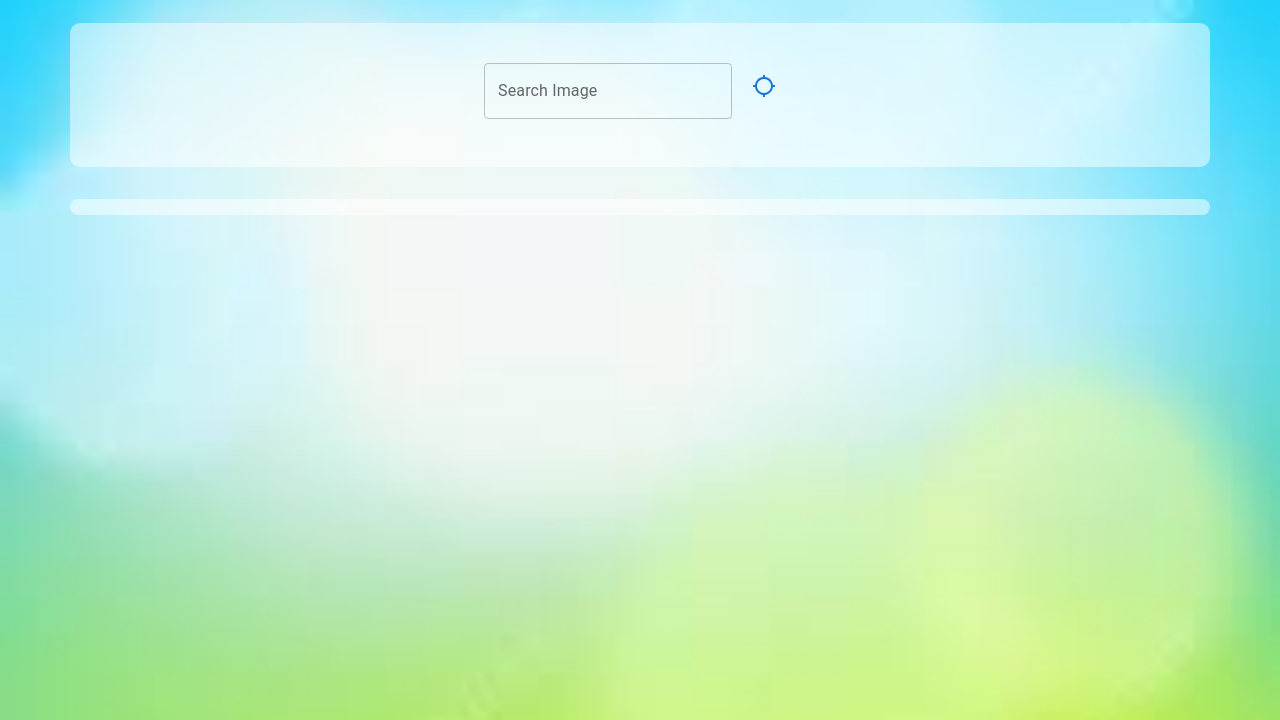
Repository: mohit78911/Snapshot
Page: /
These files come from the project's save history. The page is drawn as it stood at one moment and after a run of saves; the edit follows.
The browser window is 1280 px wide. The pictures show the whole page.
The project was rebuilt for these pictures with package versions that can differ from the ones it lists, and the page was loaded fresh each time. Also part of the build but not shown: src/snapshot/SnapshotCss.css, src/snapshot/SearchBox.css.

Above is the page before, as saved 2023-09-01 12:46:09.

### public/index.html
<!DOCTYPE html>
<html lang="en">
  <head>
    <meta charset="utf-8" />
    <link rel="icon" href="%PUBLIC_URL%/favicon.ico" />
    <link href="https://cdn.jsdelivr.net/npm/bootstrap@5.3.1/dist/css/bootstrap.min.css" rel="stylesheet" integrity="sha384-4bw+/aepP/YC94hEpVNVgiZdgIC5+VKNBQNGCHeKRQN+PtmoHDEXuppvnDJzQIu9" crossorigin="anonymous">
    <meta name="viewport" content="width=device-width, initial-scale=1" />
    <meta name="theme-color" content="#000000" />
    <meta
      name="description"
      content="Web site created using create-react-app"
    />
    <link rel="apple-touch-icon" href="%PUBLIC_URL%/logo192.png" />

    <link rel="manifest" href="%PUBLIC_URL%/manifest.json" />

    <title>React App</title>
  </head>
  <body style="text-align: center;">
    <noscript>You need to enable JavaScript to run this app.</noscript>
    <div id="root"></div>
    <script src="https://cdn.jsdelivr.net/npm/bootstrap@5.3.1/dist/js/bootstrap.bundle.min.js" integrity="sha384-HwwvtgBNo3bZJJLYd8oVXjrBZt8cqVSpeBNS5n7C8IVInixGAoxmnlMuBnhbgrkm" crossorigin="anonymous"></script>
  </body>
</html>

### src/App.js
import { Box } from "@mui/material";
import React from "react";
import SnapShot from "./snapshot/SnapShot";
console.log("hey i am snapshot Component")
export default function App() {
  return (
    <Box>
      <SnapShot />
    </Box>
  );
}

### src/snapshot/SnapShot.js
import React, { useEffect, useState } from "react";
import axios from "axios";
import "../App.css";

import SnapshotTable from "./SnapshotTable";
import SearchBox from "./SearchBox";
import { ToastContainer,toast } from "react-toastify";

export default function SnapShot() {
  const [image, setImage] = useState("");
  const [data, setData] = useState([]);
  const [showData,setShowData] = useState(false)
  const getData = (e) => {
    e.preventDefault();
    let trimedImage = image.trim().trimStart().trimEnd()
    if (trimedImage == "") {
      setShowData(false)
      toast.error("IMAGE FIELD IS EMPTY");
    } else {
      setShowData(true)
      axios
        .get(
          `https://api.unsplash.com/search/collections?page=1&query=${image}&client_id=-DzO7DyFZFBUXuUjR2Tb8dbbi8Qcg40oNw2kVfqoREI`
        )
        .then((result) => {
          setData(result.data.results[0].preview_photos);
          // console.log(result.data.results[0].preview_photos);
        })
        .catch((error) => console.log(error));
    }
  };

  // useEffect(() => {
  //   getData();
  // }, []);

  console.log(data);
  return (
    <div className="container">
      <div className="row">
        <div className="col-4 firstColoum">
          <SearchBox setImage={setImage} image={image} getData={getData} />
        </div>
        {}
        <div className="col secondColoum">
          <SnapshotTable data={data} />
        </div>
      </div>
      <ToastContainer/>
    </div>
  );
}

### src/App.css
.App {
  text-align: center;
}

.App-logo {
  height: 40vmin;
  pointer-events: none;
}

@media (prefers-reduced-motion: no-preference) {
  .App-logo {
    animation: App-logo-spin infinite 20s linear;
  }
}

.App-header {
  background-color: #282c34;
  min-height: 100vh;
  display: flex;
  flex-direction: column;
  align-items: center;
  justify-content: center;
  font-size: calc(10px + 2vmin);
  color: white;
}

.App-link {
  color: #61dafb;
}

@keyframes App-logo-spin {
  from {
    transform: rotate(0deg);
  }

  to {
    transform: rotate(360deg);
  }
}

.firstColoum {
  width: 100%;
  padding-top: 2rem;
  margin-top: 2%;
  border-radius: 10px;
  height: 9rem;
  background: rgb(255, 255, 255, 0.5);

}

.secondColoum {
  width: 100%;
  margin-top: 2rem;
  margin-bottom: 2rem;
  padding-bottom: 1rem;
  border-radius: 10px;
  background: rgb(255, 255, 255, 0.5);
}


body {
  background-image: url('data:[embedded picture, 2875 characters]');
  background-repeat: no-repeat;
  background-position: 100%;
  background-size: cover;
  background-attachment: fixed;

}

### src/snapshot/SnapshotTable.js
import React from "react";
import "./SnapshotCss.css";

function SnapshotTable({ data }) {
  return (
    <div>
      <div>
        {data.map((value, i) => {
          return (
            <tr key={i} className="imgdisplay">
              <td>
                <div className="card overflow" style={{ width: "18rem" }}>
                  <img className="card-img-top " src={value.urls.regular} />
                </div>
              </td>
            </tr>
          );
        })}
      </div>
    </div>
  );
}

export default SnapshotTable;

### src/snapshot/SearchBox.js
import React from "react";
import { Button, TextField } from "@mui/material";
import "./SearchBox.css";
import LocationSearchingIcon from "@mui/icons-material/LocationSearching";

function SearchBox({ getData, setImage, image }) {
  return (
    <div>
      <div>
        <form onSubmit={getData} className="mt-2">
          <TextField
            sx={{width:"auto"}}
            value={image}
            onChange={(e) => setImage(e.target.value)}
            label="Search Image"
          />
          <Button type="submit" sx={{ marginTop: "5px" }}>
            <LocationSearchingIcon />
          </Button>
        </form>
      </div>
    </div>
  );
}

export default SearchBox;

Loaded but not shown: src/index.js (common file); src/index.css (common file); src/reportWebVitals.js (common file)

After the next 5 saves:
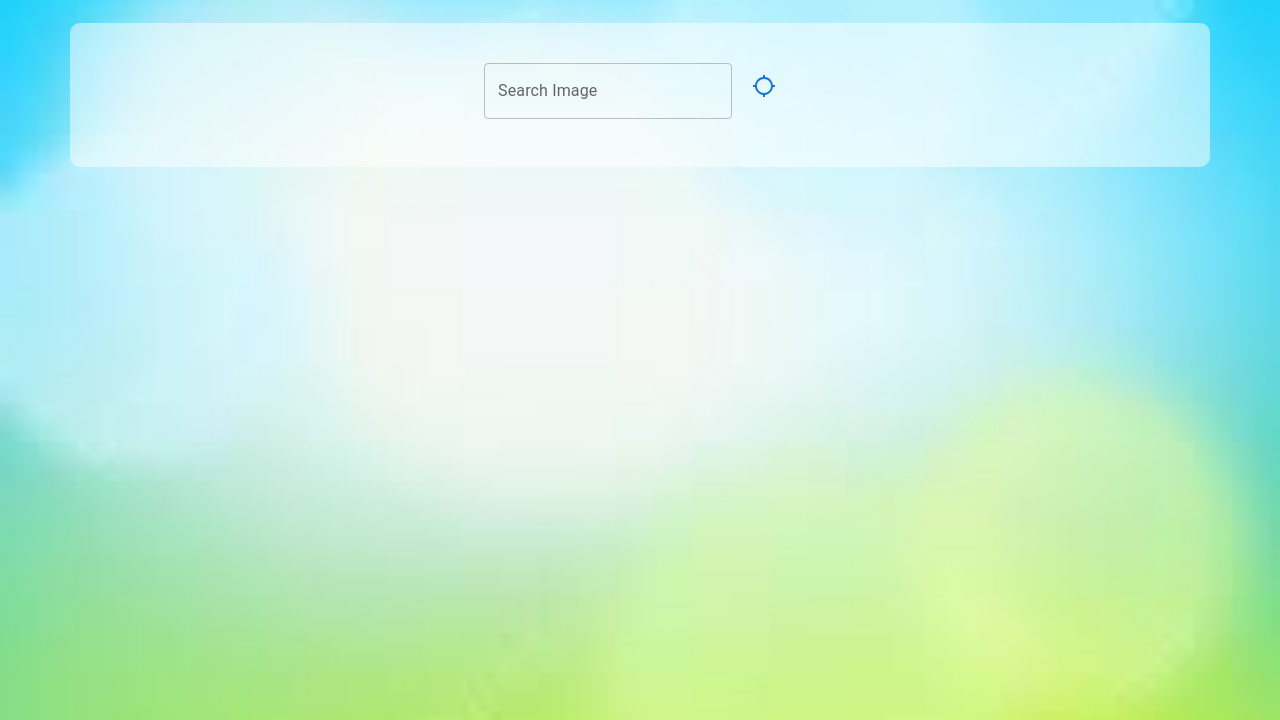
The 5 saves are shown as one change because 2 did not build or start and some came seconds apart.
The last was saved 21 s later.
--- a/src/snapshot/SnapShot.js
+++ b/src/snapshot/SnapShot.js
@@ -4,20 +4,20 @@ import "../App.css";
 
 import SnapshotTable from "./SnapshotTable";
 import SearchBox from "./SearchBox";
-import { ToastContainer,toast } from "react-toastify";
+import { ToastContainer, toast } from "react-toastify";
 
 export default function SnapShot() {
   const [image, setImage] = useState("");
   const [data, setData] = useState([]);
-  const [showData,setShowData] = useState(false)
+  const [showData, setShowData] = useState(false);
   const getData = (e) => {
     e.preventDefault();
-    let trimedImage = image.trim().trimStart().trimEnd()
+    let trimedImage = image.trim().trimStart().trimEnd();
     if (trimedImage == "") {
-      setShowData(false)
+      setShowData(false);
       toast.error("IMAGE FIELD IS EMPTY");
     } else {
-      setShowData(true)
+      setShowData(true);
       axios
         .get(
           `https://api.unsplash.com/search/collections?page=1&query=${image}&client_id=-DzO7DyFZFBUXuUjR2Tb8dbbi8Qcg40oNw2kVfqoREI`
@@ -41,12 +41,13 @@ export default function SnapShot() {
         <div className="col-4 firstColoum">
           <SearchBox setImage={setImage} image={image} getData={getData} />
         </div>
-        {}
-        <div className="col secondColoum">
-          <SnapshotTable data={data} />
-        </div>
+        {showData ? (
+          <div className="col secondColoum">
+            <SnapshotTable data={data} />
+          </div>
+        ) : null}
       </div>
-      <ToastContainer/>
+      <ToastContainer />
     </div>
   );
 }
